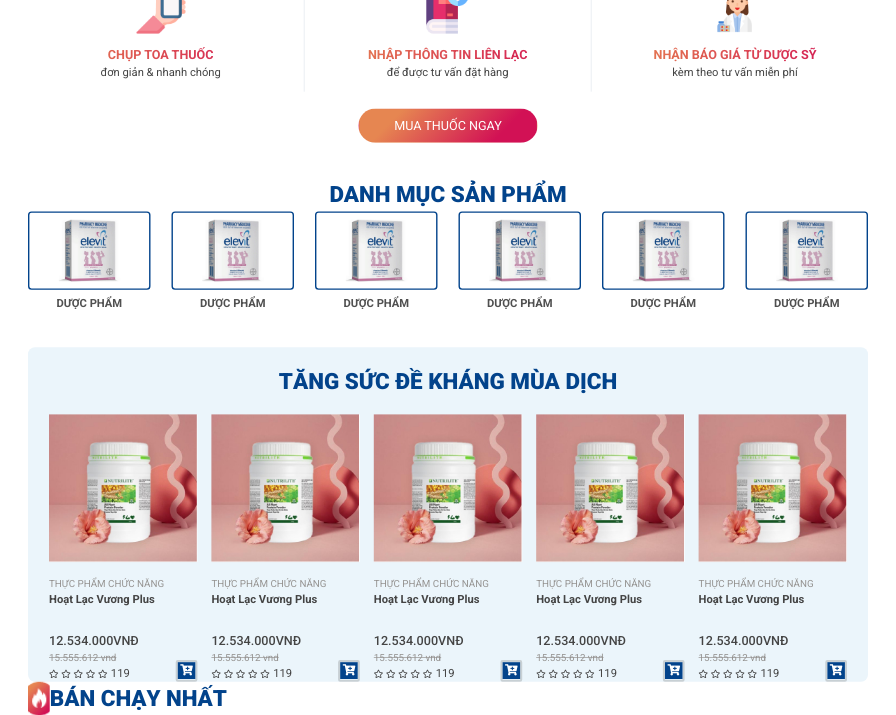
Repository: haianh12082001/Lan-khue
Page: index.html
An editor plug-in stored every save of this project. The page is shown before and after the next save, followed by the edit.
The browser window is 1280 px wide. The pictures show the part of the page from y = 750 to 2670 px (the page is 1772 px tall before and 2670 px after), at 70% of full size.
Some web libraries are served in a nearby version. The style sheet was rebuilt from its Sass, Less or Tailwind sources for each picture, by a compiler version that may differ from the author's.

Above is the page before, as saved 2021-12-18 16:33:05.

### index.html
<!DOCTYPE html>
<html lang="en">
    <head>
        <meta charset="UTF-8" />
        <meta http-equiv="X-UA-Compatible" content="IE=edge" />
        <meta name="viewport" content="width=device-width, initial-scale=1.0" />
        <title>Document</title>
        <link href="https://fonts.googleapis.com/css2?family=Roboto:wght@400;500;700;900&display=swap" rel="stylesheet" />
        <link rel="stylesheet" href="./assets/fonts/fontawesome-free-5.15.3/css/all.min.css" />
        <link
            rel="stylesheet"
            href="https://cdn.jsdelivr.net/npm/bootstrap@4.6.0/dist/css/bootstrap.min.css"
            integrity="sha384-B0vP5xmATw1+K9KRQjQERJvTumQW0nPEzvF6L/Z6nronJ3oUOFUFpCjEUQouq2+l"
            crossorigin="anonymous"
        />
        <link rel="stylesheet" type="text/css" href="https://cdn.jsdelivr.net/npm/slick-carousel@1.8.1/slick/slick.css" />
        <link rel="stylesheet" href="./assets/css/app.css" />
    </head>
    <body>
        <div class="top-header">
            <div class="container">
                <div class="py-3 d-flex justify-content-between align-items-center">
                    <div class="info d-flex">
                        <div class="top-header-hotline">
                            <i class="fas fa-phone-alt"></i>
                            Hotline: (84)123 456 789
                        </div>
                        <div class="top-header-email">
                            <i class="fas fa-envelope"></i>
                            info@lankhuepharmacy.vn
                        </div>
                    </div>
                    <div class="question">
                        <a href="">
                            <i class="fas fa-question-circle"></i>
                            Đặt câu hỏi với chúng tôi
                        </a>
                    </div>
                </div>
            </div>
        </div>
        <header class="header">
            <div class="header-searchbar py-2">
                <div class="container">
                    <div class="row align-items-center">
                        <div class="col-lg-3 col-3">
                            <div class="header-logo">
                                <a href="" class="d-flex flex-shrink-0">
                                    <img src="./assets/img/logo.png" alt="" />
                                    <div class="body">
                                        <div class="name">LAN KHUE PHARMACY</div>
                                        <div class="slogan">Not just a pharmacy, but a family</div>
                                    </div>
                                </a>
                            </div>
                        </div>
                        <div class="col-lg-6 col-3">
                            <div class="input-group">
                                <form action="" class="header-search">
                                    <select name="CatId" id="catalog">
                                        <option value="">Loại sản phẩm</option>
                                        <option value="">Danh mục thuốc</option>
                                        <option value="">Thực Phẩm Chức Năng</option>
                                        <option value="">Mẹ Và Bé</option>
                                        <option value="">Thiết Bị Y Tế</option>
                                        <option value="">Sữa y khoa</option>
                                        <option value="">Các sản phẩm khác</option>
                                    </select>
                                    <input type="text" placeholder="Nhập tìm kiếm bằng từ khoá" />

                                    <button type="submit">
                                        <i class="fas fa-search"></i>
                                        Tìm kiếm
                                    </button>
                                </form>
                            </div>
                        </div>
                        <div class="col-lg-1 col-3 d-flex align-items-center">
                            <div class="header-cart position-relative">
                                <i class="fas fa-shopping-cart"></i>
                                <span id="itemshop">0</span>
                            </div>
                        </div>
                        <div class="col-lg-2 col-3 d-none d-lg-block">
                            <a href="" class="header-btn"> Gọi để nhận tư vấn </a>
                        </div>
                    </div>
                </div>
            </div>
            <div class="header-menu">
                <div class="container">
                    <ul class="menu-list">
                        <li class="menu-item">
                            <a href=""><i class="fas fa-home"></i></a>
                        </li>
                        <li class="menu-item">
                            <a href="">Giới thiệu</a>
                        </li>
                        <li class="menu-item">
                            <a href="">Thực phẩm chức năng</a>
                        </li>
                        <li class="menu-item">
                            <a href="">Mẹ và bé</a>
                        </li>
                        <li class="menu-item">
                            <a href="">Thiết bị y tế</a>
                        </li>
                        <li class="menu-item">
                            <a href="">Sữa y khoa</a>
                        </li>
                        <li class="menu-item">
                            <a href="">Tin tức</a>
                        </li>
                    </ul>
                </div>
            </div>
        </header>
        <section class="banner">
            <img src="./assets/img/banner.jpg" alt="" />
        </section>
        <!-- Mua thuốc dễ dàng tại lankhuepharma -->
        <section class="section-buy-medicine">
            <div class="container">
                <div class="text-center">
                    <span class="title-sub">Mua thuốc dễ dàng tại</span>
                    <span class="section-title">lankhuepharma</span>
                </div>
                <div class="row pt-lg-5">
                    <div class="col-lg-4 item">
                        <div class="text-center">
                            <img src="./assets/img/buy-medicine/selfie 1.png" alt="" />
                            <div class="body p-3">
                                <div class="name">Chụp toa thuốc</div>
                                <div class="des">đơn giản & nhanh chóng</div>
                            </div>
                        </div>
                    </div>
                    <div class="col-lg-4 item">
                        <div class="text-center">
                            <img src="./assets/img/buy-medicine/Group 375.png" alt="" />
                            <div class="body p-3">
                                <div class="name">nhập thông tin liên lạc</div>
                                <div class="des">để được tư vấn đặt hàng</div>
                            </div>
                        </div>
                    </div>
                    <div class="col-lg-4 item">
                        <div class="text-center">
                            <img src="./assets/img/buy-medicine/pharmacist 1.png" alt="" />
                            <div class="body p-3">
                                <div class="name">nhận báo giá từ dược sỹ</div>
                                <div class="des">kèm theo tư vấn miễn phí</div>
                            </div>
                        </div>
                    </div>
                </div>
                <div class="text-center pt-lg-4">
                    <a href="" class="btn">Mua thuốc ngay</a>
                </div>
            </div>
        </section>
        <!-- Danh mục sản phẩm -->
        <section class="product-category">
            <div class="container">
                <div class="section-title text-center">danh mục sản phẩm</div>
                <div class="list">
                    <div class="item">
                        <div class="product-category-img">
                            <a href=""><img src="./assets/img/product-category/elevit-196915 1.jpg" alt="" /></a>
                        </div>
                        <a href="" class="name">Dược phẩm</a>
                    </div>
                    <div class="item">
                        <div class="product-category-img">
                            <a href=""><img src="./assets/img/product-category/elevit-196915 1.jpg" alt="" /></a>
                        </div>
                        <a href="" class="name">Dược phẩm</a>
                    </div>
                    <div class="item">
                        <div class="product-category-img">
                            <a href=""><img src="./assets/img/product-category/elevit-196915 1.jpg" alt="" /></a>
                        </div>
                        <a href="" class="name">Dược phẩm</a>
                    </div>
                    <div class="item">
                        <div class="product-category-img">
                            <a href=""><img src="./assets/img/product-category/elevit-196915 1.jpg" alt="" /></a>
                        </div>
                        <a href="" class="name">Dược phẩm</a>
                    </div>
                    <div class="item">
                        <div class="product-category-img">
                            <a href=""><img src="./assets/img/product-category/elevit-196915 1.jpg" alt="" /></a>
                        </div>
                        <a href="" class="name">Dược phẩm</a>
                    </div>
                    <div class="item">
                        <div class="product-category-img">
                            <a href=""><img src="./assets/img/product-category/elevit-196915 1.jpg" alt="" /></a>
                        </div>
                        <a href="" class="name">Dược phẩm</a>
                    </div>
                </div>
            </div>
        </section>
        <!-- Tăng sức đề kháng mùa dịch -->
        <div class="container">
            <div class="bg-light-blue">
                <div class="section-title text-center py-4">Tăng sức đề kháng mùa dịch</div>
                <div class="row row-cols-lg-5 gutters-10">
                    <div class="col-lg col-6">
                        <div class="product-item">
                            <div class="product-img">
                                <a href="">
                                    <img src="./assets/img/product/Rectangle 305.jpg" alt="" />
                                </a>
                            </div>
                            <div class="product-info">
                                <div class="category">thực phẩm chức năng</div>
                                <div class="name"><a href="">Hoạt Lạc Vương Plus</a></div>
                                <div class="price">
                                    <div class="new-price">12.534.000VNĐ</div>
                                    <div class="old-price">15.555.612 vnd</div>
                                </div>
                                <div class="out-stock">
                                    hết hàng
                                    <a href="">Liên hệ</a>
                                </div>
                                <div class="evaluate-product">
                                    <div class="icon">
                                        <i class="far fa-star"></i>
                                        <i class="far fa-star"></i>
                                        <i class="far fa-star"></i>
                                        <i class="far fa-star"></i>
                                        <i class="far fa-star"></i>
                                    </div>
                                    <div class="number">119</div>
                                </div>
                                <div class="add-cart">
                                    <a href="">
                                        <i class="fas fa-cart-plus"></i>
                                    </a>
                                </div>
                            </div>
                        </div>
                    </div>
                </div>
            </div>
        </div>
        <section class="bestseller">
            <div class="container">
                <div class="d-flex">
                    <img src="./assets/img/Vector (6).png" alt="" class="section-title-img" />
                    <div class="section-title">Bán chạy nhất</div>
                </div>
            </div>
        </section>
        <script type="text/javascript" src="https://code.jquery.com/jquery-1.11.0.min.js"></script>
        <script type="text/javascript" src="https://code.jquery.com/jquery-migrate-1.2.1.min.js"></script>
        <script
            src="https://cdnjs.cloudflare.com/ajax/libs/bootstrap/4.6.0/js/bootstrap.min.js"
            integrity="sha512-XKa9Hemdy1Ui3KSGgJdgMyYlUg1gM+QhL6cnlyTe2qzMCYm4nAZ1PsVerQzTTXzonUR+dmswHqgJPuwCq1MaAg=="
            crossorigin="anonymous"
            referrerpolicy="no-referrer"
        ></script>
        <script type="text/javascript" src="https://cdn.jsdelivr.net/npm/slick-carousel@1.8.1/slick/slick.min.js"></script>
        <script src="./assets/js/main.js"></script>
        <script src="./assets/js/clone.js"></script>
    </body>
</html>

### assets/js/main.js
$(document).ready(function () {
    $('.product-category .list').slick({
        slidesToShow: 6,
        slidesToScroll: 1,
        infinite: true,
        arrows: false,
        speed: 2000,
        autoplaySpeed: 3000,

    });
})

### assets/js/clone.js
$(function () {
    ///Product
    var productList1 = $('.bg-light-blue .gutters-10');
    var productItem1 = $('.bg-light-blue .col-lg');
    for (i = 0; i < 4; i++) {
        productItem1.clone().appendTo(productList1);
    }

})

### assets/sass/app.scss
@import "variables";
@import "mixin";
@import "reset";
@import "global";
@import "header";
@import "body";

### assets/sass/_variables.scss
$black: #444444;
$grey: #656565;
$blue: #02438b;
$white: #ffffff;
$soft-grey: #959391;
$background-gradient: linear-gradient(134.52deg, #e68651 21.07%, #d21155 79.08%);

### assets/sass/_mixin.scss
@mixin maxWidth($q) {
    @media screen and (max-width: $q) {
        @content;
    }
}
@mixin minWidth($q) {
    @media screen and (min-width: $q) {
        @content;
    }
}

@mixin text-gradient {
    color: transparent;
    background-clip: text;
    -webkit-background-clip: text;
    background-image: linear-gradient(to right, #e68651, #d21155);
}
@mixin text-truncate($q) {
    display: -webkit-box;
    -webkit-line-clamp: $q;
    -webkit-box-orient: vertical;
    overflow: hidden;
    text-overflow: ellipsis;
    word-break: break-word;
}

### assets/sass/_reset.scss
html {
    box-sizing: border-box;
    scroll-behavior: smooth;
}
* {
    margin: 0;
    padding: 0;
}
*,
*:before,
*:after {
    box-sizing: border-box;
}
input,
textarea,
select,
button {
    outline: none;
}
input {
    line-height: normal;
    outline: none;
    box-shadow: none;
}
input:focus {
    outline: 0;
    border: none;
    box-shadow: none;
}
ul,
li {
    margin: 0;
    padding: 0;
    list-style: none;
}
label,
button {
    cursor: pointer;
}
a {
    text-decoration: none;

    &:hover {
        text-decoration: none;
    }
}
img {
    max-width: 100%;
    object-fit: cover;
}
.gutters-5 > [class*="col-"] {
    padding-right: 5px;
    padding-left: 5px;
}

### assets/sass/_global.scss
.container {
    max-width: 1230px;
    margin: 0 auto;
    padding: 0 15px;
}
body {
    margin: 0;
    padding: 0;
    width: 100%;
    font-size: 16px;
    color: $black;
    font-family: "Roboto", sans-serif;
    @include maxWidth(768px) {
        font-size: 14px;
    }
}
.section-title {
    font-size: 32px;
    text-transform: uppercase;
    color: $blue;
    font-weight: 900;
}
.gutters-10 {
    margin-left: -10px;
    margin-right: -10px;
}
.gutters-10 [class^="col-"] {
    padding-left: 10px;
    padding-right: 10px;
}

### assets/sass/_header.scss
.top-header {
    background: #ebf5fb;
    font-size: 13px;
    color: $grey;
    .info {
        color: #333333;
    }
    .question a {
        color: $grey;
    }
    i {
        margin-right: 8px;
    }
}
.top-header-hotline {
    padding-right: 14px;
    border-right: 1px solid $grey;
}
.top-header-email {
    padding-left: 14px;
}
.header-logo {
    flex: 1;
    img {
        width: 70px;
        height: 69px;
        object-fit: contain;
    }
    .body {
        margin-left: 13px;
        display: flex;
        flex-direction: column;
        justify-content: center;
    }
    .name {
        font-weight: 900;
        color: $blue;
        font-size: 18px;
    }
    .slogan {
        font-size: 12px;
        color: #4a4a4a;
        font-style: italic;
    }
}
.header-search {
    background: #ffffff;
    border: 1px solid #949494;
    box-sizing: border-box;
    border-radius: 5px;
    #catalog {
        border: none;
        padding: 0 16px;
        height: 100%;
        width: 150px;
        font-size: 14px;
        color: #444444;
        font-weight: bold;
        border-right: 0.25px solid #949494;
        // width: 30%;
    }
    input {
        border: none;
        width: 270px;
        // max-width: 300px;
    }
    button {
        background: $background-gradient;
        border: none;
        height: 45px;
        padding: 0 16px;
        border-radius: 0px 5px 5px 0px;
        color: $white;
        i {
            margin-right: 12px;
        }
    }
}
.header-cart {
    i {
        font-size: 24px;
    }
    span {
        width: 20px;
        height: 20px;
        display: flex;
        align-items: center;
        justify-content: center;
        position: absolute;
        background: $background-gradient;
        border-radius: 100rem;
        top: -8px;
        right: -8px;
        font-size: 11px;
        color: $white;
    }
}
.header-btn {
    padding: 14px 20px;
    background: $blue;
    display: inline-block;
    border-radius: 5px;
    color: $white;
    font-weight: 700;
    text-transform: uppercase;
    font-size: 13px;
    &:hover {
        color: $white;
    }
}
.header-menu {
    background: $blue;
}
.menu-list {
    display: flex;
    justify-content: space-between;
    text-transform: uppercase;
    padding: 26px 0;
    font-weight: 700;
    a {
        color: $white;
    }
}

### assets/sass/_body.scss
.banner img {
    height: 369px;
    width: 100%;
    object-fit: cover;
}
.section-buy-medicine {
    padding: 50px 0;
    .title-sub {
        color: $blue;
        font-size: 32px;
        font-weight: 500;
    }
    .item {
        border-right: 1px solid #e1e7ed;
        &:last-child {
            border: none;
        }
    }
    .name {
        text-transform: uppercase;
        font-size: 18px;
        font-weight: bold;
        @include text-gradient;
    }
    img {
        max-height: 70px;
    }
    .btn {
        background: $background-gradient;
        text-transform: uppercase;
        color: $white;
        font-size: 18px;
        padding: 10px 50px;
        border-radius: 50px;
    }
}
.product-category {
    padding-bottom: 50px;
    .item {
        padding: 0 15px;
    }
    &-img {
        border: 2px solid $blue;
        border-radius: 5px;
        display: flex;
        justify-content: center;
        height: 112px;
        img {
            height: 100%;
            padding: 10px 0;
        }
    }
    .name {
        margin-top: 8px;
        text-align: center;
        text-transform: uppercase;
        color: #505050;
        display: block;
        font-weight: 700;
        @include text-truncate(2);
        &:hover {
            color: $blue;
        }
    }
    .slick-list {
        margin: 0 -15px;
    }
}
.bg-light-blue {
    background: #ebf5fb;
    border-radius: 10px;
    padding: 0 30px;
}
.product-img {
    img {
        width: 100%;
        height: 211px;
    }
}
.product-info {
    padding-top: 20px;
    position: relative;
    .category {
        text-transform: uppercase;
        color: $soft-grey;
        font-size: 14px;
    }
    .name {
        font-weight: 700;
        margin-bottom: 13px;
        height: 45px;
        @include text-truncate(2);
        a {
            color: $black;
        }
    }
    .new-price {
        font-weight: 500;
        font-size: 18px;
    }
    .old-price {
        font-size: 14px;
        text-decoration: line-through;
        color: $soft-grey;
    }
    .out-stock {
        display: none;
    }
    .add-cart {
        position: absolute;
        bottom: 0;
        right: 0;
        width: 31px;
        height: 31px;
        display: flex;
        text-align: center;
        justify-content: center;
        align-items: center;

        border-radius: 3px;
        border: 3px solid rgba($color: #3b3b3b, $alpha: 0.2);
        a {
            flex: 1;
            background: $blue;
            color: $white;
        }
    }
}

.evaluate-product {
    display: flex;
    i {
        font-size: 12px;
    }
    .number {
        margin-left: 5px;
    }
}

Loaded but not shown: assets/fonts/fontawesome-free-5.15.3/css/all.min.css (library)

After the next save:
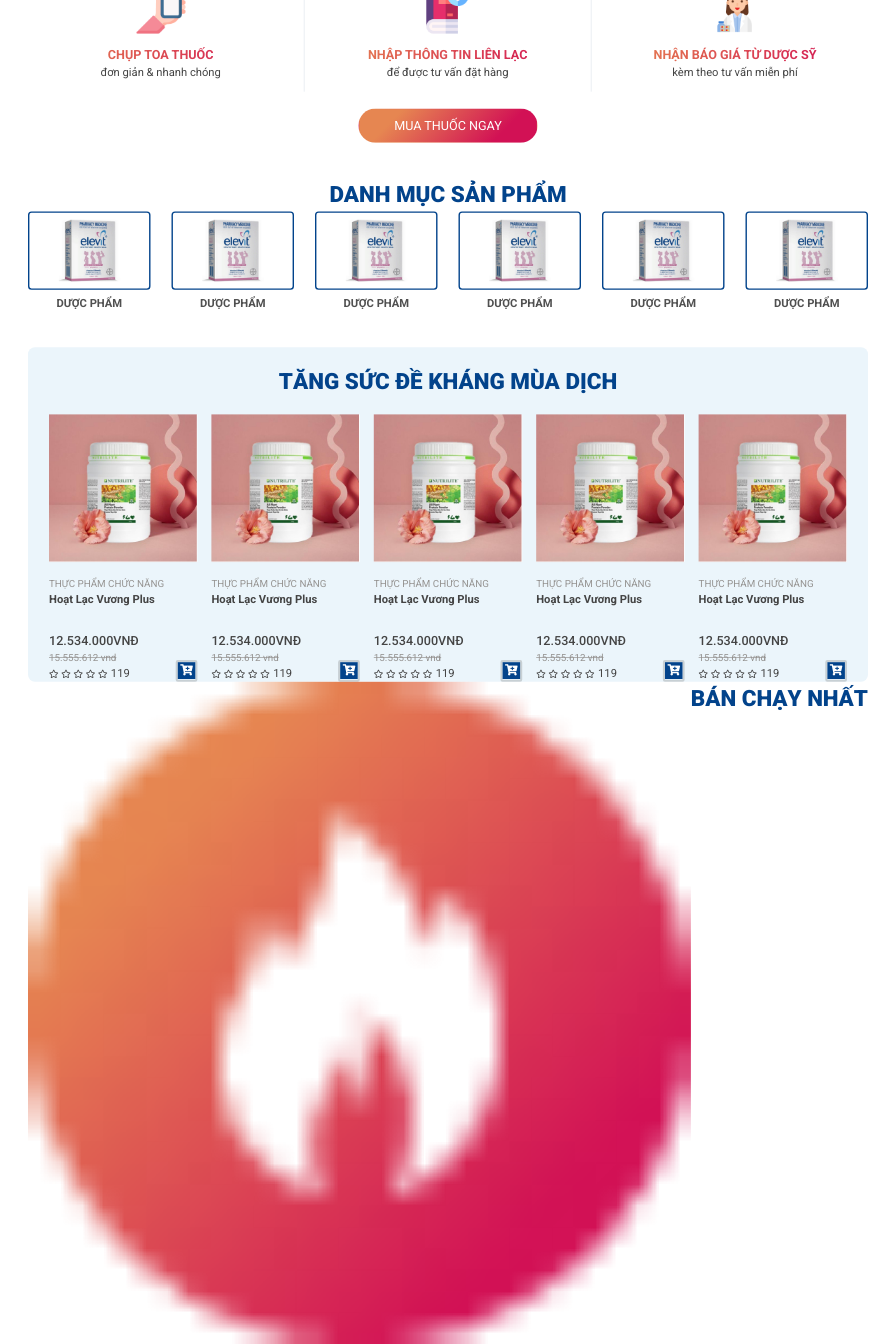
Saved 25 s later.
--- a/assets/sass/_global.scss
+++ b/assets/sass/_global.scss
@@ -20,6 +20,9 @@
     color: $blue;
     font-weight: 900;
 }
+.section-title-img {
+    flex: 1;
+}
 .gutters-10 {
     margin-left: -10px;
     margin-right: -10px;

After the save that followed:
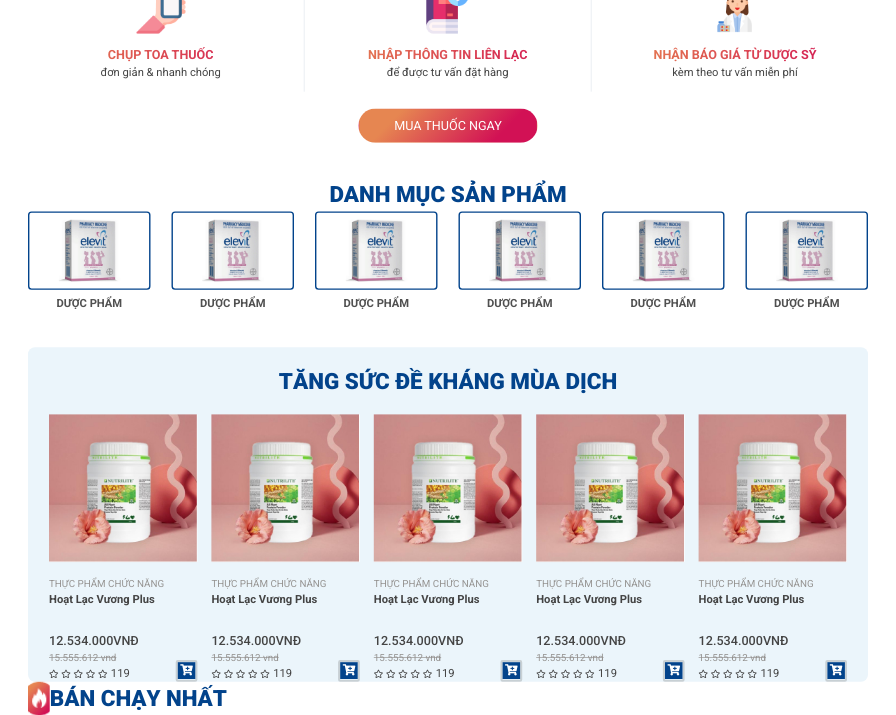
Saved 11 s later.
--- a/assets/sass/_global.scss
+++ b/assets/sass/_global.scss
@@ -21,7 +21,7 @@
     font-weight: 900;
 }
 .section-title-img {
-    flex: 1;
+    flex-shrink: 0;
 }
 .gutters-10 {
     margin-left: -10px;
